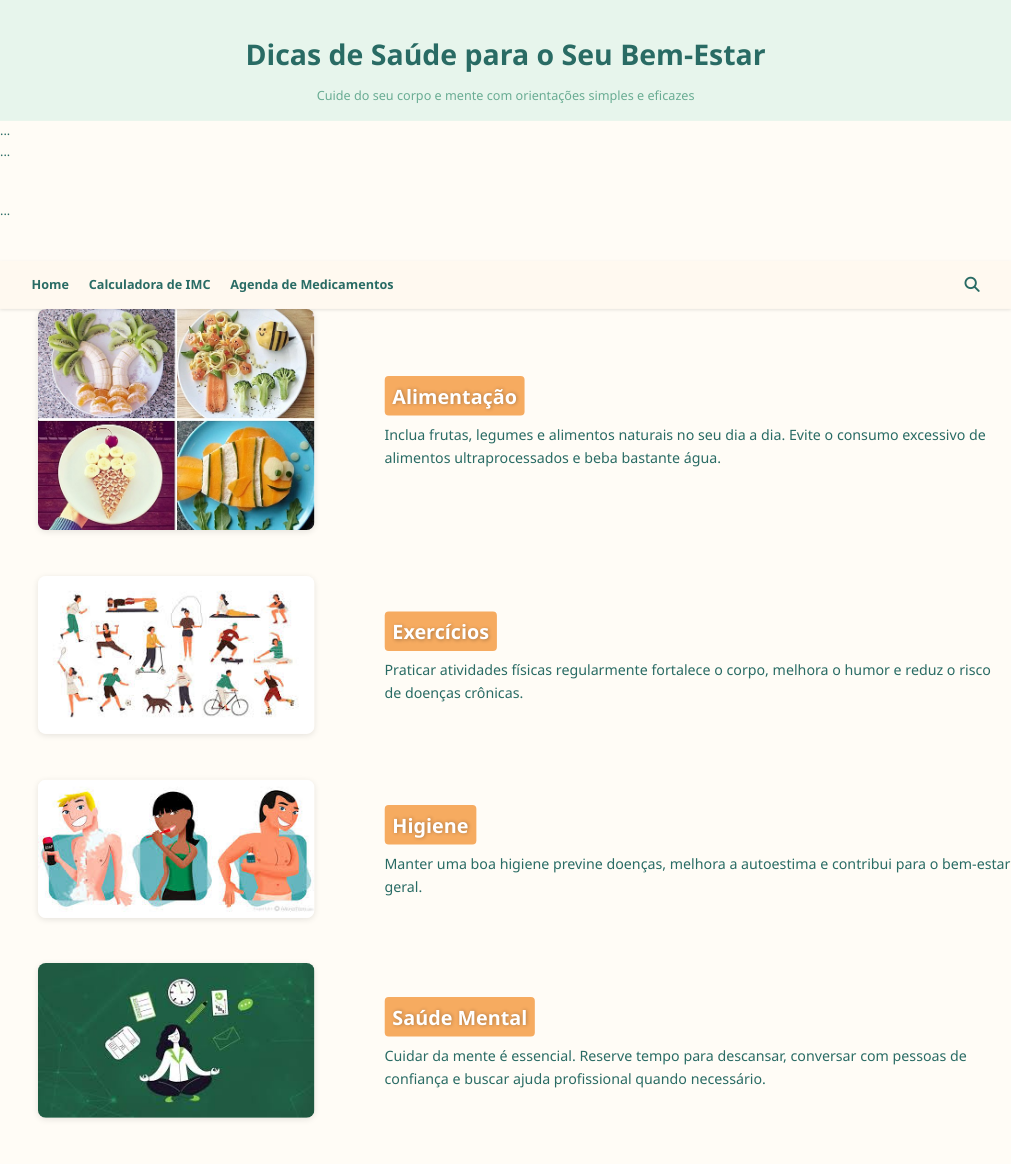
Repository: Cristiane-Sartori14/dicasSaude
Page: index.html
The author's editor kept a copy of each file at every save. The page is drawn from the files as they stood at one save, then again after the next save.
The browser window is 1280 px wide. The pictures show the whole page, at 79% of full size.

Above is the page before, as saved 2025-05-21 18:39:06.

### index.html
<!DOCTYPE html>
<html lang="en">
  <head>
    <meta charset="UTF-8" />
    <meta name="viewport" content="width=device-width, initial-scale=1.0" />
    <title>Dicas de Saúde</title>
    <link rel="stylesheet" href="style.css" />
    <script src="script.js"></script>

    <link
      rel="stylesheet"
      href="https://cdnjs.cloudflare.com/ajax/libs/font-awesome/6.5.0/css/all.min.css"
    />
  </head>
  <body>
    <!-- Título principal da página -->
    <section class="main-title">
      <h1>Dicas de Saúde para o Seu Bem-Estar</h1>
      <p>Cuide do seu corpo e mente com orientações simples e eficazes</p>
    </section>

    <div id="carousel-dicas">

     ...</section>
      <section class="section-saude" data-categoria="Higiene">...</section>
      <section class="section-saude" data-categoria="Saúde Mental">...</section>
    </div>

    <!--Cabeçalho-->
    <header class="header">
      <div class="nav-container">
        <nav>
          <ul class="nav-links">
            <li><a href="#">Home</a></li>
            <li><a href="#">Calculadora de IMC</a></li>
            <li><a href="#">Agenda de Medicamentos</a></li>
          </ul>
        </nav>
        <div class="header-icons">
          <div class="icon search-icon">
            <i class="fa-solid fa-magnifying-glass"></i>
          </div>
        </div>
      </div>
    </header>

    <!-- Alimentação -->
     <section class="section-saude" data-categoria="Alimentação">
      <div class="imagem">
        <img
          src="img/alimento.jpg"
          alt="Prato com alimentos saudáveis, frutas e vegetais coloridos"
        />
      </div>
      <div class="texto">
        <h2>Alimentação</h2>
        <p>
          Inclua frutas, legumes e alimentos naturais no seu dia a dia. Evite o
          consumo excessivo de alimentos ultraprocessados e beba bastante água.
        </p>
      </div>
    </section>

    <!-- Exercícios -->
    <section class="section-saude" data-categoria="Exercícios">
      <div class="imagem">
        <img src="img/exercicio.jpg" alt="Exercício Físico" />
      </div>
      <div class="texto">
        <h2>Exercícios</h2>
        <p>
          Praticar atividades físicas regularmente fortalece o corpo, melhora o
          humor e reduz o risco de doenças crônicas.
        </p>
      </div>
    </section>

    <!-- Higiene -->
    <section class="section-saude" data-categoria="Higiene">
      <div class="imagem">
        <img src="img/higiene.jpg" alt="Higiene Pessoal" />
      </div>
      <div class="texto">
        <h2>Higiene</h2>
        <p>
          Manter uma boa higiene previne doenças, melhora a autoestima e
          contribui para o bem-estar geral.
        </p>
      </div>
    </section>

    <!-- Saúde Mental -->
    <section class="section-saude" data-categoria="Saúde Mental">
      <div class="imagem">
        <img src="img/saude-mental.jpg" alt="Saúde Mental" />
      </div>
      <div class="texto">
        <h2>Saúde Mental</h2>
        <p>
          Cuidar da mente é essencial. Reserve tempo para descansar, conversar
          com pessoas de confiança e buscar ajuda profissional quando
          necessário.
        </p>
      </div>
    </section>
  </body>
</html>

### style.css
* {
  box-sizing: border-box;
  margin: 0;
  padding: 0;
}

body {
  font-family: "Segoe UI", Tahoma, Verdana, sans-serif;
  background-color: #FFFCF6;
  color: #296B64;
  line-height: 1.6;
}

/*Título*/
.main-title {
  text-align: center;
  padding: 40px 20px 20px;
  background-color: #e7f5ec;
}

.main-title h1 {
  font-size: 36px;
  color: #296B64;
  margin-bottom: 10px;
}

.main-title p {
  color: #69AC93;
}

.texto h2 {
  font-size: 25px;
  color: #FFF;
  background-color: #F6AB60; /* laranja */
  text-shadow: 1px 1px 5px rgba(0, 0, 0, 0.3);
  padding: 5px 10px;
  border-radius: 5px;
  display: inline-block;
}

/* Cabeçalho */
.header {
  background-color: #FFF9F0;
  box-shadow: 0 2px 4px rgba(0, 0, 0, 0.1);
  padding: 15px 30px;
  position: sticky;
  top: 0;
  z-index: 10;
}

.nav-container {
  max-width: 1200px;
  margin: 0 auto;
  display: flex;
  justify-content: space-between;
  align-items: center;
}

.nav-links {
  list-style: none;
  display: flex;
  gap: 25px;
}

.nav-links a {
  text-decoration: none;
  color: #296B64;
  font-weight: 600;
  transition: color 0.3s ease;
}

.nav-links a:hover,
.header-icons i:hover {
  color: #D87162;
}

.header-icons {
  display: flex;
  align-items: center;
  gap: 15px;
}

.icon {
  font-size: 1.2rem;
  background: none;
  border: none;
  cursor: pointer;
  color: #296B64;
}

/* Conteúdo principal */
.health-container {
    max-width: 1200px;
    margin: 0 auto;
    padding: 40px 20px;
}

.filtro-categorias button {
  margin: 5px;
  padding: 10px 15px;
  background-color: #69AC93; /* verde médio */
  color: white;
  border: none;
  border-radius: 5px;
  cursor: pointer;
}

.filtro-categorias button:hover {
  background-color: #296B64; /* verde escuro */
}


.section-saude {
  display: flex;
  align-items: center;
  justify-content: space-between;
  gap: 40px;
  margin-bottom: 50px;
  flex-wrap: wrap;
}

.imagem img {
  width: 100%;
  max-width: 350px;
  border-radius: 10px;
  box-shadow: 0 2px 8px rgba(0, 0, 0, 0.1);
}

.imagem {
  flex: 1 1 300px;
  text-align: center;
}

.texto {
  flex: 2 1 500px;
}

.texto h2 {
  font-size: 25px;
  color: #FFF;
  background-color: #F6AB60;
  text-shadow: 1px 1px 5px rgba(0, 0, 0, 0.3);
  padding: 5px 10px;
  border-radius: 5px;
  display: inline-block;
}

.texto p {
  font-size: 18px;
  color: #296B64;
  line-height: 1.6;
   margin-top: 10px;
}

.health-details {
  flex: 2 1 500px;
}

.health-title {
  color: #296B64;
  font-size: 32px;
  margin-bottom: 20px;
}

.tip {
  margin-bottom: 20px;
}

.tip h3 {
  font-size: 20px;
  color: #69AC93;
}

.tip p {
  margin-top: 5px;
}

/* Responsivo */
@media (max-width: 768px) {
  .section-saude {
    flex-direction: column;
    align-items: center;
    text-align: center;
  }

  .nav-links {
    flex-direction: column;
    align-items: center;
    gap: 10px;
  }

  .nav-container {
    flex-direction: column;
    gap: 10px;
  }
}

### script.js
let indiceAtual = 0;
const secoes = document.querySelectorAll('#carousel-dicas .section-saude');

function mostrarSecao(index) {
  secoes.forEach((secao, i) => {
    secao.style.display = (i === index) ? 'flex' : 'none';
  });
}

function proximaSecao() {
  indiceAtual = (indiceAtual + 1) % secoes.length;
  mostrarSecao(indiceAtual);
}

// Inicializa
mostrarSecao(indiceAtual);
setInterval(proximaSecao, 5000);

After the next save:
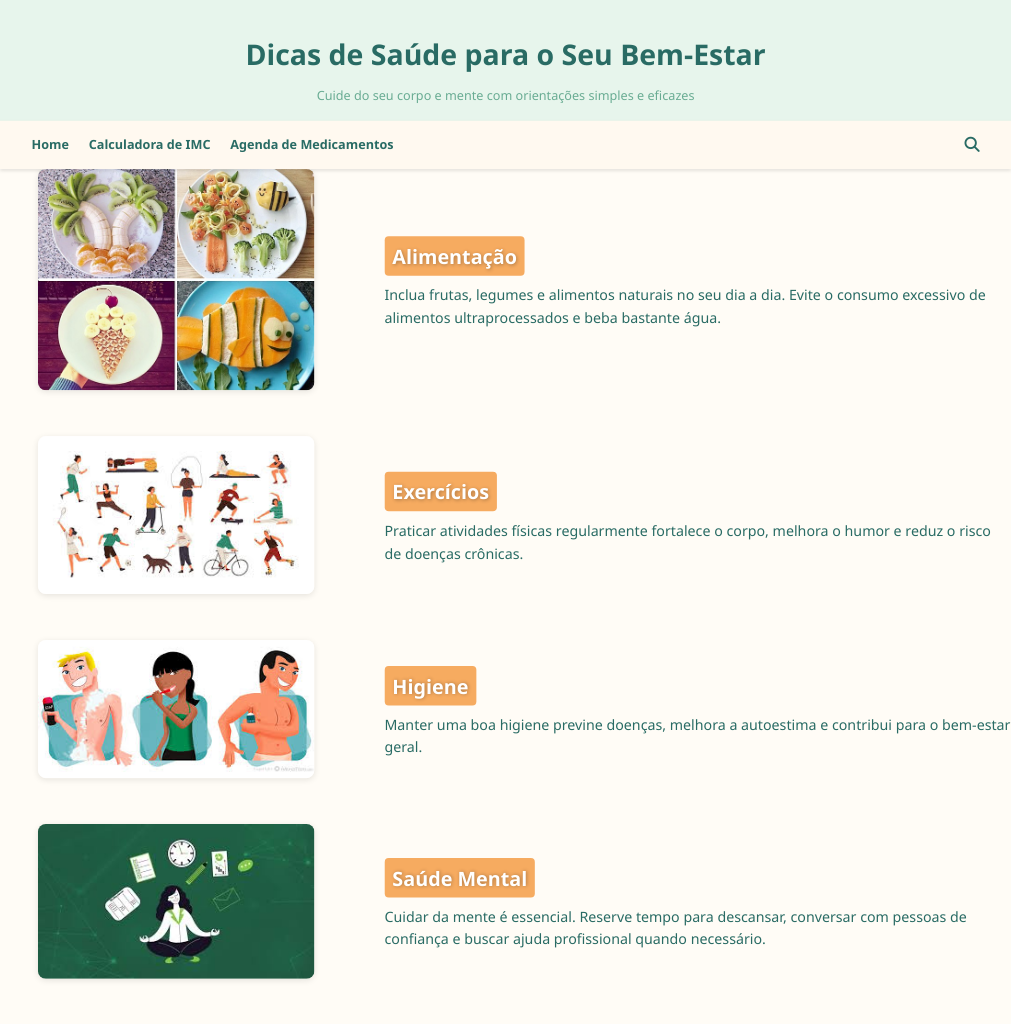
Saved 59 s later.
--- a/index.html
+++ b/index.html
@@ -21,12 +21,7 @@
 
     <div id="carousel-dicas">
 
-     ...</section>
-      <section class="section-saude" data-categoria="Higiene">...</section>
-      <section class="section-saude" data-categoria="Saúde Mental">...</section>
-    </div>
-
-    <!--Cabeçalho-->
+       <!--Cabeçalho-->
     <header class="header">
       <div class="nav-container">
         <nav>
@@ -103,5 +98,6 @@
         </p>
       </div>
     </section>
+    </div>
   </body>
 </html>
